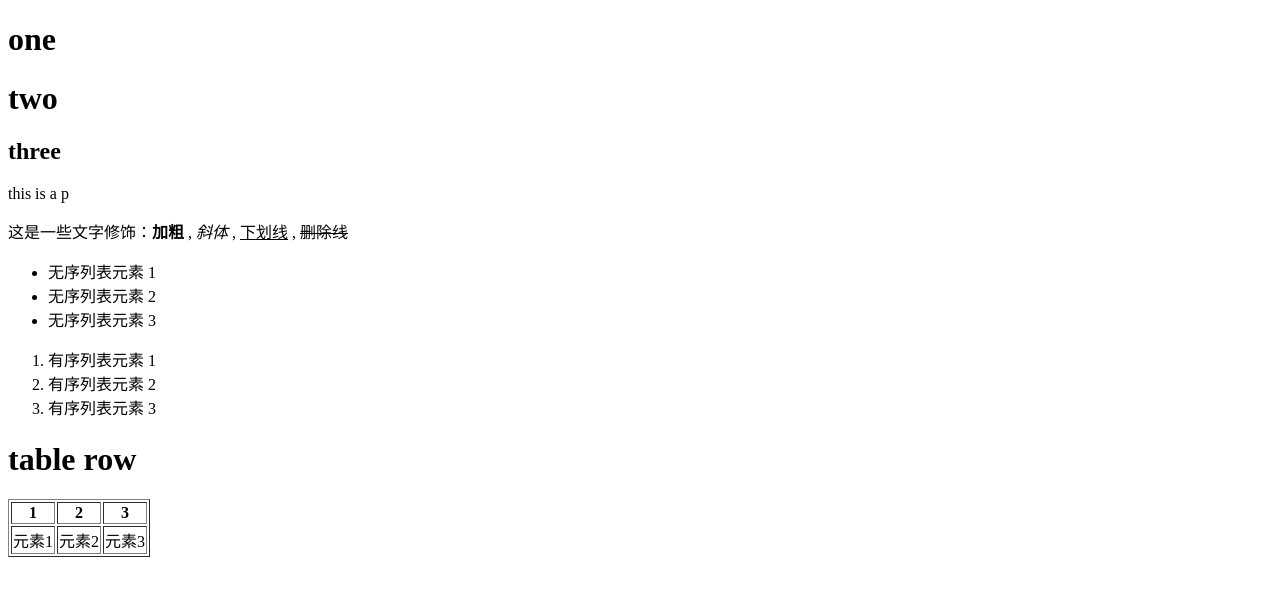
Repository: supercubes/Web
Page: first.html
An editor plug-in stored every save of this project. The page is shown before and after a run of saves, followed by the edit.
The browser window is 1280 px wide. The pictures show the whole page.

Above is the page before, as saved 2025-03-21 20:19:47.

After the next 2 saves:
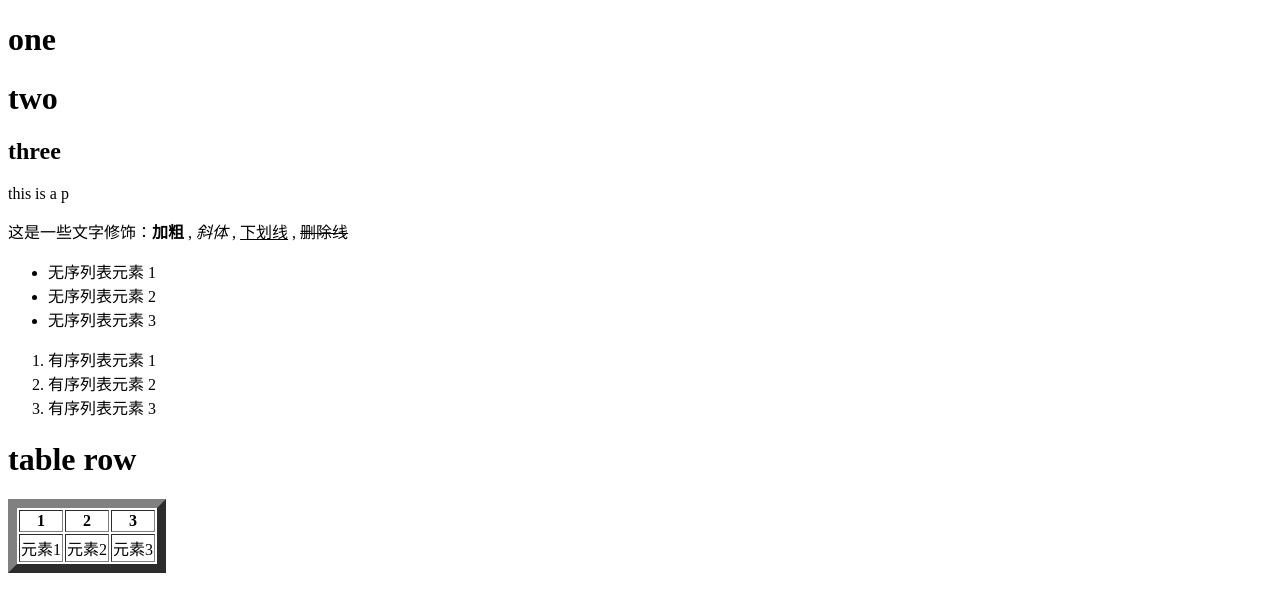
The 2 saves are shown as one change because they came seconds apart.
The last was saved 13 s later.
--- a/first.html
+++ b/first.html
@@ -25,7 +25,7 @@
     <li>有序列表元素 3</li>
 </ol>
 <h1>table row</h1>
-<table border="1">
+<table border="9">
     <tr>
         <th>1</th>
         <th>2</th>
